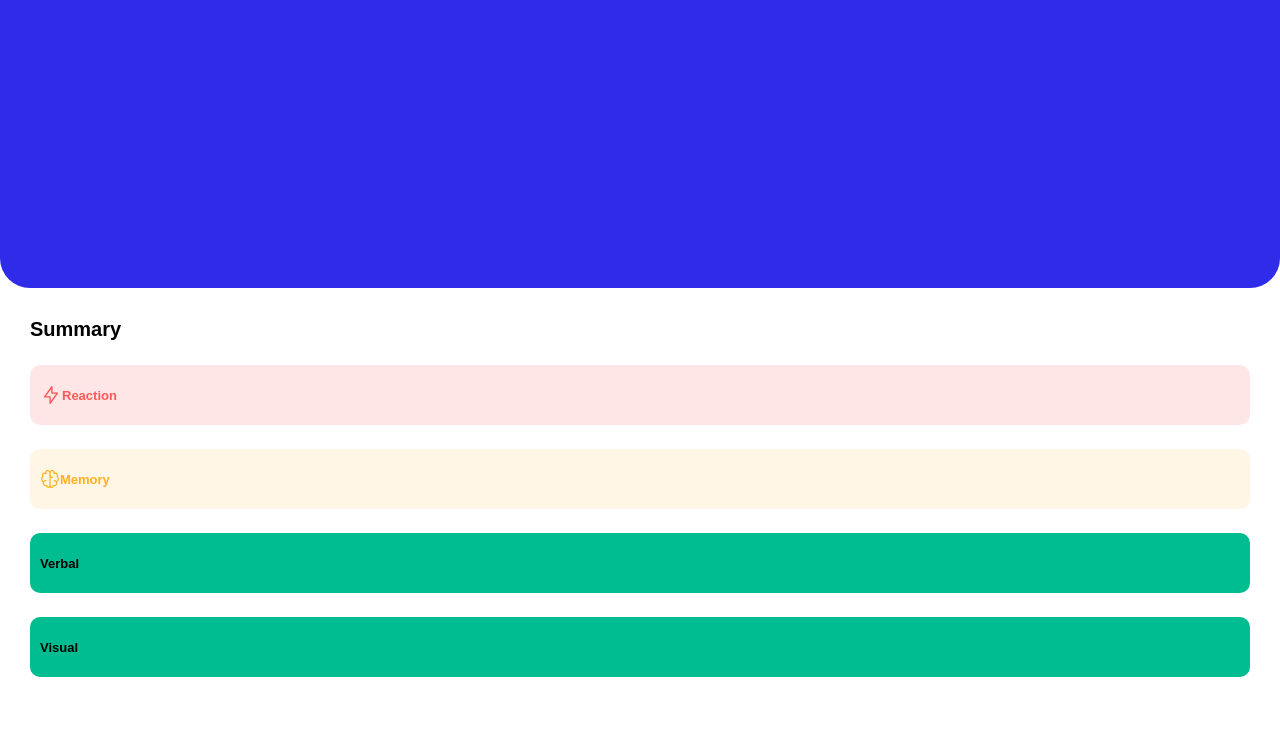
Repository: limaneto/frontend-mentor-results-summary
Page: index.html
The author's editor kept a copy of each file at every save. The page is drawn from the files as they stood at one save, then again after a run of saves.
The browser window is 1280 px wide. The pictures show the whole page.

Above is the page before, as saved 2023-11-06 01:36:57.

After the next 2 saves:
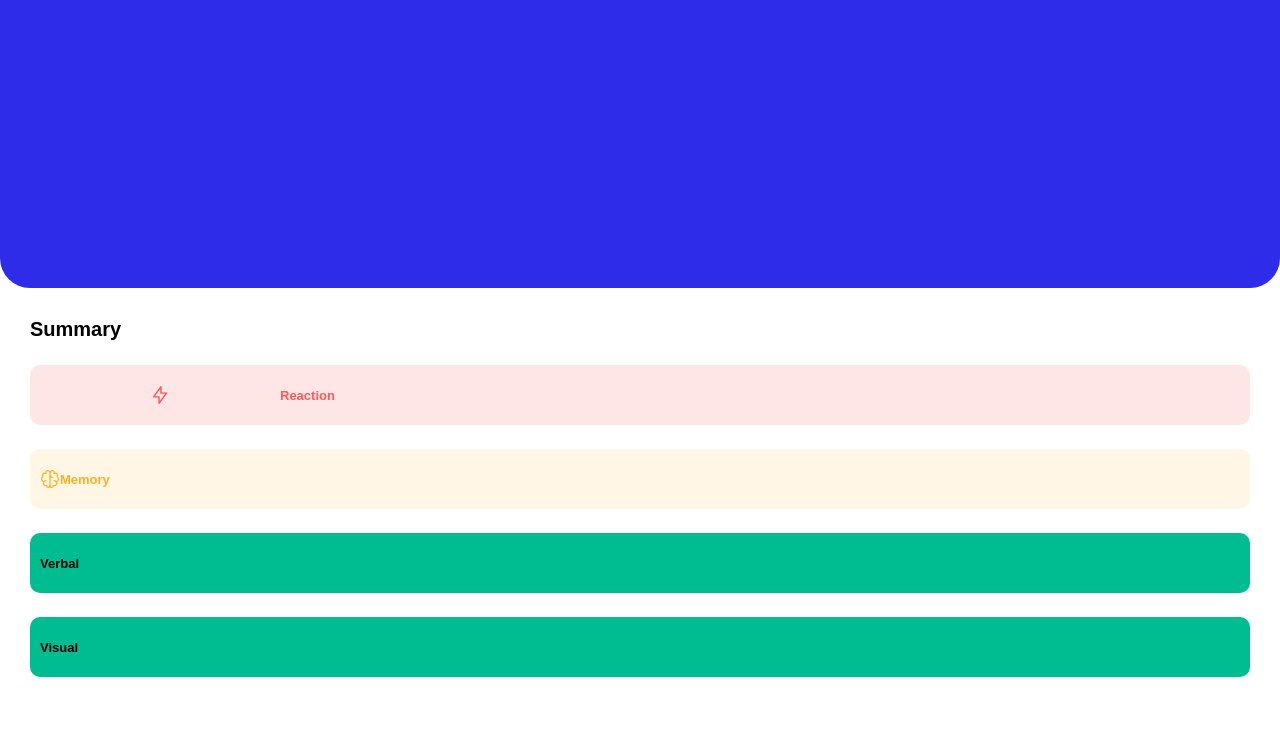
The 2 saves are shown as one change because they came seconds apart.
The last was saved 12 s later.
--- a/style.css
+++ b/style.css
@@ -79,6 +79,6 @@ summary > ul > li {
 }
 
 #icons {
-  fr: 1;
+  width: 20%;
   height: 2.2rem;
 }
